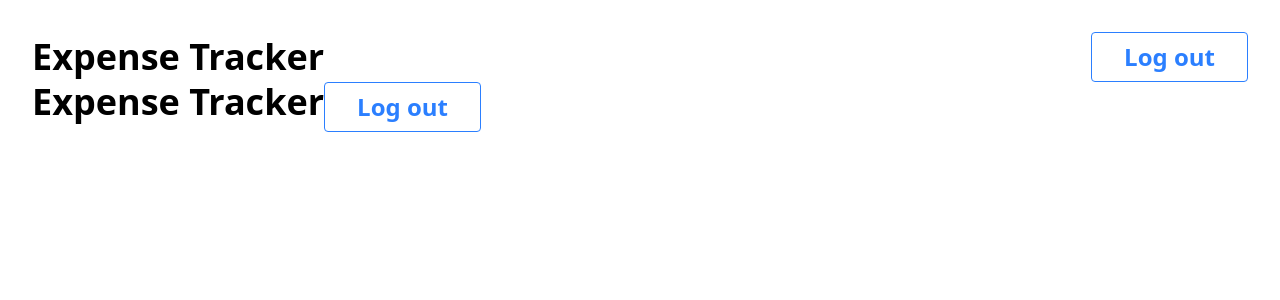
Repository: Syed-Mohsin-Ali786/frontend-expense-tracker
Page: /
An editor plug-in stored every save of this project. The page is shown before and after the next save, followed by the edit.
The browser window is 1280 px wide. The pictures show the whole page.
The project was rebuilt for these pictures with package versions that can differ from the ones it lists, and the page was loaded fresh each time.

Above is the page before, as saved 2025-09-28 14:02:08.

After the next save:
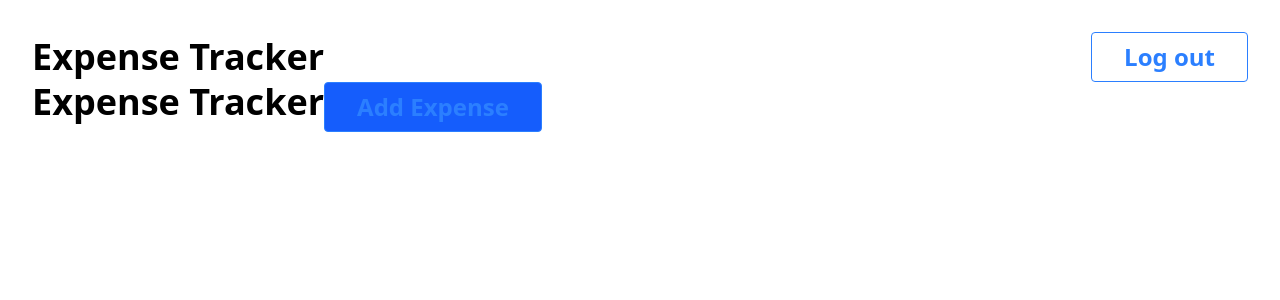
Saved 44 s later.
--- a/src/App.tsx
+++ b/src/App.tsx
@@ -17,7 +17,7 @@ function App() {
   {/* Expenses */}
 <div className='flex'>
 <h1 className='text-4xl  font-semibold'>Expense Tracker</h1>
-     <button className=' border border-blue-500 py-2 px-3 md:px-6 lg:px-8 rounded font-semibold text-blue-500 text-2xl '>Log out</button>
+     <button className='bg-blue-600 border border-blue-500 py-2 px-3 md:px-6 lg:px-8 rounded font-semibold text-blue-500 text-2xl '>Add Expense</button>
 
 </div>
 {/* Charts */}
